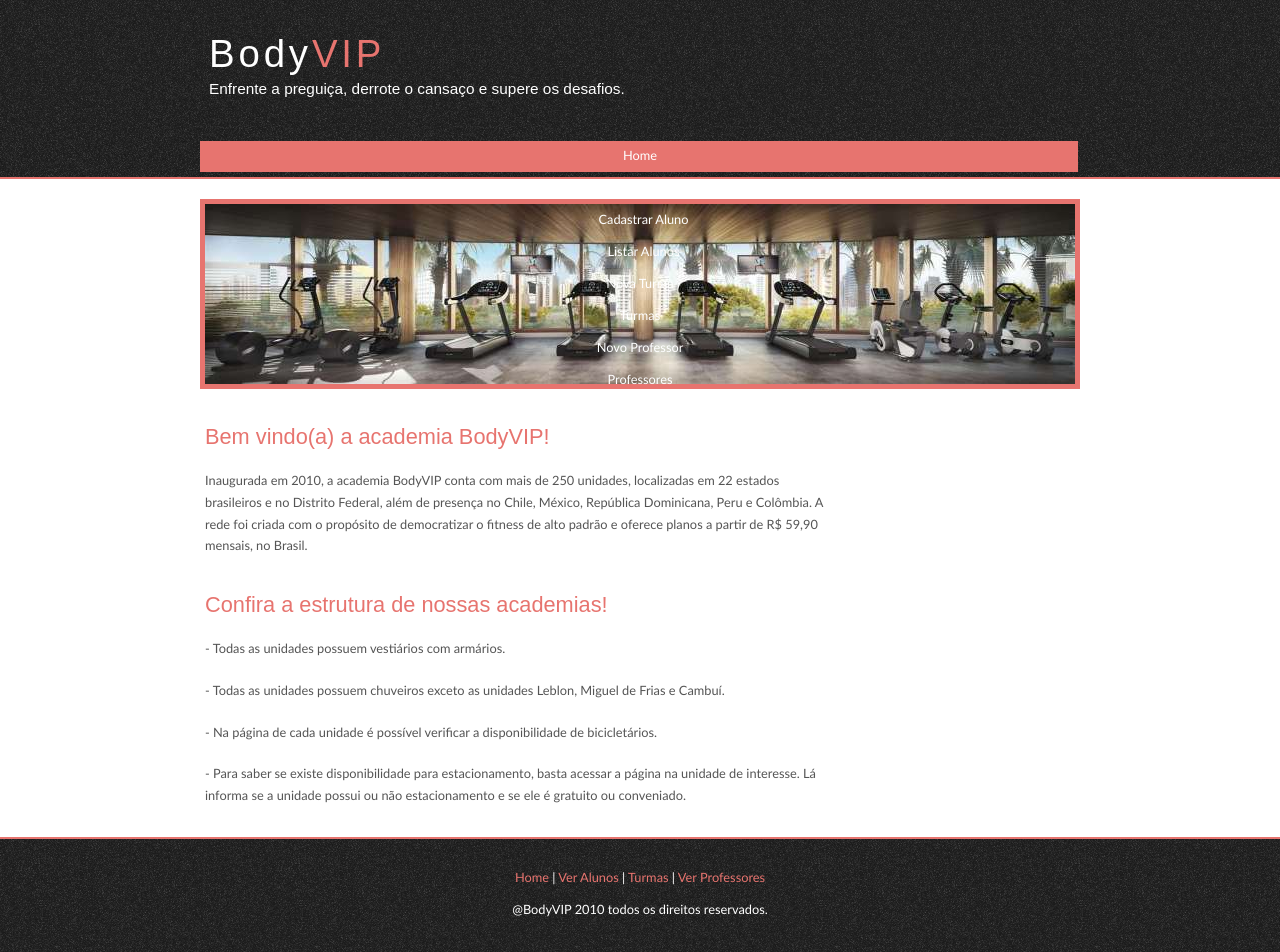
Repository: Thais-Ferreira/Projeto_bodyVIP
Page: http://localhost/BodyVIP/home.jsp
An editor plug-in stored every save of this project. The page is shown before and after the next save, followed by the edit.
The browser window is 1280 px wide. The pictures show the whole page.
The page is served by Tomcat 9. Other server files are loaded and not shown.

Above is the page before, as saved 2017-06-20 18:22:24.

### BodyVIP/WebContent/home.jsp
<%@ page language="java" contentType="text/html; charset=ISO-8859-1"
    pageEncoding="ISO-8859-1"%>
<!DOCTYPE html PUBLIC "-//W3C//DTD HTML 4.01 Transitional//EN" "http://www.w3.org/TR/html4/loose.dtd">
<html>
<head>
	<meta http-equiv="Content-Type" content="text/html; charset=ISO-8859-1">
	<link rel="stylesheet" type="text/css" href="css/style.css" />
	<title>Home</title>
</head>
<body>
	<div id="main">
    <div id="header">
      <div id="logo">
        <div id="logo_text">
          <h1><a href="home.jsp">Body<span class="logo_colour">VIP</span></a></h1>
          <h2>Enfrente a preguiça, derrote o cansaço e supere os desafios.</h2>
        </div>
      </div>
      <div id="menubar">
        <ul id="menu">
          <li class="selected"><a href="home.jsp">Home</a></li>
          <li><a href="#">Alunos</a>
          	<ul id="menu">
          		<li><a href="AlunoController?acao=cadastro">Cadastrar Aluno</a></li>
          		<li><a href="AlunoController?acao=buscaLista">Listar Alunos</a></li>
          	</ul>
          </li>
          <li><a href="TurmaController?acao=cadastro">Nova Turma</a></li>
          <li><a href="TurmaController?acao=buscaLista">Turmas</a></li>
          <li><a href="ProfessorController?acao=cadastro">Novo Professor</a></li>
          <li><a href="ProfessorController?acao=buscaLista">Professores</a></li>
        </ul>
      </div>
    </div>
    <div id="content_header"></div>
    <div id="site_content">
      <div id="banner"></div>

      <div id="content">
        <h1>Bem vindo(a) a academia BodyVIP!</h1>
        <p>Inaugurada em 2010, a academia BodyVIP conta com mais de 250 unidades, localizadas em 22 estados brasileiros
        e no Distrito Federal, além de presença no Chile, México, República Dominicana, Peru e Colômbia.
        A rede foi criada com o propósito de democratizar o fitness de alto padrão e oferece planos
        a partir de R$ 59,90 mensais, no Brasil.
		</p>
        <h1>Confira a estrutura de nossas academias!</h1>
        <p>- Todas as unidades possuem vestiários com armários.</p>
        <p>- Todas as unidades possuem chuveiros exceto as unidades Leblon, Miguel de Frias e Cambuí.</p>
        <p>- Na página de cada unidade é possível verificar a disponibilidade de bicicletários. </p>
        <p>- Para saber se existe disponibilidade para estacionamento, basta acessar a página na unidade de
        interesse. Lá informa se a unidade possui ou não estacionamento e se ele é gratuito ou conveniado. </p>
      </div>
    </div>
    <div id="content_footer"></div>
    <div id="footer">
      <p><a href="home.jsp">Home</a> | <a href="AlunoController?acao=buscaLista">Ver Alunos</a> | <a href="another_page.html">Turmas</a> | <a href="ProfessorController?acao=buscaLista">Ver Professores</a></p>
      <p>@BodyVIP 2010 todos os direitos reservados.</p>
    </div>
  </div>
</body>
</html>

### BodyVIP/WebContent/css/style.css
@CHARSET "ISO-8859-1";

html
{ height: 100%;}

*
{ margin: 0;
  padding: 0;}

body
{ font: normal .80em 'trebuchet ms', arial, sans-serif;
  background: #FFF;
  color: #555;}

p
{ padding: 0 0 20px 0;
  line-height: 1.7em;}

img
{ border: 0;}

h1, h2, h3, h4, h5, h6
{ color: #E7746F;
  letter-spacing: 0em;
  padding: 0 0 5px 0;}

h1, h2, h3
{ font: normal 170% 'century gothic', arial;
  margin: 0 0 15px 0;
  padding: 15px 0 5px 0;}

h2
{ font-size: 160%;
  padding: 9px 0 5px 0;}

h3
{ font-size: 140%;
  padding: 5px 0 0 0;}

h4, h6
{ color: #009FBC;
  padding: 0 0 5px 0;
  font: normal 110% arial;
  text-transform: uppercase;}

h5, h6
{ color: #888;
  font: normal 95% arial;
  letter-spacing: normal;
  padding: 0 0 15px 0;}

a, a:hover
{ outline: none;
  text-decoration: underline;
  color: #009FBC;}

a:hover
{ text-decoration: none;}

blockquote
{ margin: 20px 0;
  padding: 10px 20px 0 20px;
  border: 1px solid #E5E5DB;
  background: #FFF;}

ul
{ margin: 2px 0 22px 17px;}

ul li
{ list-style-type: circle;
  margin: 0 0 6px 0;
  padding: 0 0 4px 5px;
  line-height: 1.5em;}

ol
{ margin: 8px 0 22px 20px;}

ol li
{ margin: 0 0 11px 0;}

.left
{ float: left;
  width: auto;
  margin-right: 10px;}

.right
{ float: right;
  width: auto;
  margin-left: 10px;}

.center
{ display: block;
  text-align: center;
  margin: 20px auto;}

#main, #logo, #menubar, #site_content, #footer
{ margin-left: auto;
  margin-right: auto;}

#header
{ background: #1d1d1d url(../imagens/pattern.png) repeat;
  border-bottom: 2px solid #E7746F;
  height: 177px;}

#banner
{ background: transparent url(../imagens/banner.jpg) no-repeat;
  width: 870px;
  height: 180px;
  margin-bottom: 20px;
  border: 5px solid #E7746F;}

#logo
{ width: 880px;
  position: relative;
  height: 140px;
  background: transparent;}

#logo #logo_text
{ position: absolute;
  top: 10px;
  left: 0;}

#logo h1, #logo h2
{ font: normal 300% 'century gothic', arial, sans-serif;
  border-bottom: 0;
  text-transform: none;
  margin: 0 0 0 9px;}

#logo_text h1, #logo_text h1 a, #logo_text h1 a:hover
{ padding: 22px 0 0 0;
  color: #FFF;
  letter-spacing: 0.1em;
  text-decoration: none;}

#logo_text h1 a .logo_colour
{ color: #E7746F;}

#logo_text a:hover .logo_colour
{ color: #FFF;}

#logo_text h2
{ font-size: 120%;
  padding: 4px 0 0 0;
  color: #FFF;}

#menubar
{ width: 880px;
  height: 46px;}

ul#menu
{ float: none;
  margin: 0;}

ul#menu li
{ float: none;
  padding: 0 0 0 9px;
  list-style: none;
  margin: 1px 2px 0 0;
  background: transparent;}

ul#menu li a
{ font: normal 100% 'trebuchet ms', sans-serif;
  display: block;
  float: none;
  height: 20px;
  padding: 6px 35px 5px 28px;
  text-align: center;
  color: #FFF;
  text-decoration: none;
  background: transparent;}

ul#menu li.selected a
{ height: 20px;
  padding: 6px 35px 5px 28px;}

ul#menu li.selected
{ margin: 1px 2px 0 0;
  background: #E7746F;}

ul#menu li.selected a, ul#menu li.selected a:hover
{ background: #E7746F;
  color: #FFF;}

ul#menu li a:hover
{ color: #FFF;
  background: #E7746F;}

#site_content
{ width: 880px;
  overflow: hidden;
  margin: 20px auto 0 auto;
  padding: 0 0 10px 0;}

#sidebar_container
{ float: right;
  width: 224px;}

.sidebar_top
{ width: 222px;
  height: 14px;
  background: transparent url(../imagens/side_top.png) no-repeat;}

.sidebar_base
{ width: 222px;
  height: 14px;
  background: url(../imagens/side_base.png) no-repeat;}

.sidebar
{ float: right;
  width: 222px;
  padding: 0;
  margin: 0 0 16px 0;}

.sidebar_item
{ background: url(../imagens/side_back.png) repeat-y;
  padding: 0 15px;
  width: 192px;}

.sidebar li a.selected
{ color: #444;}

.sidebar ul
{ margin: 0;}

#content
{ text-align: left;
  width: 620px;
  padding: 0 0 0 5px;
  float: left;}

#content ul
{ margin: 2px 0 22px 0px;}

#content ul li, .sidebar ul li
{ list-style-type: none;
  background: url(../imagens/bullet.png) no-repeat;
  margin: 0 0 0 0;
  padding: 0 0 4px 25px;
  line-height: 1.5em;}

#footer
{ width: 100%;
  font-family: 'trebuchet ms', sans-serif;
  font-size: 100%;
  height: 80px;
  padding: 28px 0 5px 0;
  text-align: center;
  background: transparent url(../imagens/pattern.png) repeat;
  border-top: 2px solid #E7746F;
  color: #FFF;}

#footer p
{ line-height: 1.7em;
  padding: 0 0 10px 0;}

#footer a
{ color: #E7746F;
  text-decoration: none;}

#footer a:hover
{ color: #FFF;
  text-decoration: none;}

.search
{ color: #5D5D5D;
  border: 1px solid #BBB;
  width: 134px;
  padding: 4px;
  font: 100% arial, sans-serif;}

.form_settings
{ margin: 15px 0 0 0;}

.form_settings p
{ padding: 0 0 4px 0;}

.form_settings span
{ float: left;
  width: 200px;
  text-align: left;}

.form_settings input, .form_settings textarea
{ padding: 5px;
  width: 299px;
  font: 100% arial;
  border: 1px solid #E5E5DB;
  background: #FFF;
  color: #47433F;}

.form_settings .submit
{ font: 100% arial;
  border: 0;
  width: 99px;
  margin: 0 0 0 212px;
  height: 33px;
  padding: 2px 0 3px 0;
  cursor: pointer;
  background: #E7746F;
  color: #FFF;}

.form_settings textarea, .form_settings select
{ font: 100% arial;
  width: 299px;}

.form_settings select
{ width: 310px;}

.form_settings .checkbox
{ margin: 4px 0;
  padding: 0;
  width: 14px;
  border: 0;
  background: none;}

.separator
{ width: 100%;
  height: 0;
  border-top: 1px solid #D9D5CF;
  border-bottom: 1px solid #FFF;
  margin: 0 0 20px 0;}

table
{ margin: 0 0 30px 0;}

table tr th, table tr td
{ background: #E5E5DB;
  color: #47433F;
  padding: 7px 4px;
  text-align: center;}

table tr td
{ background: #E5E5DB;
  color: #47433F;
  border-top: 1px solid #FFF;}

After the next save:
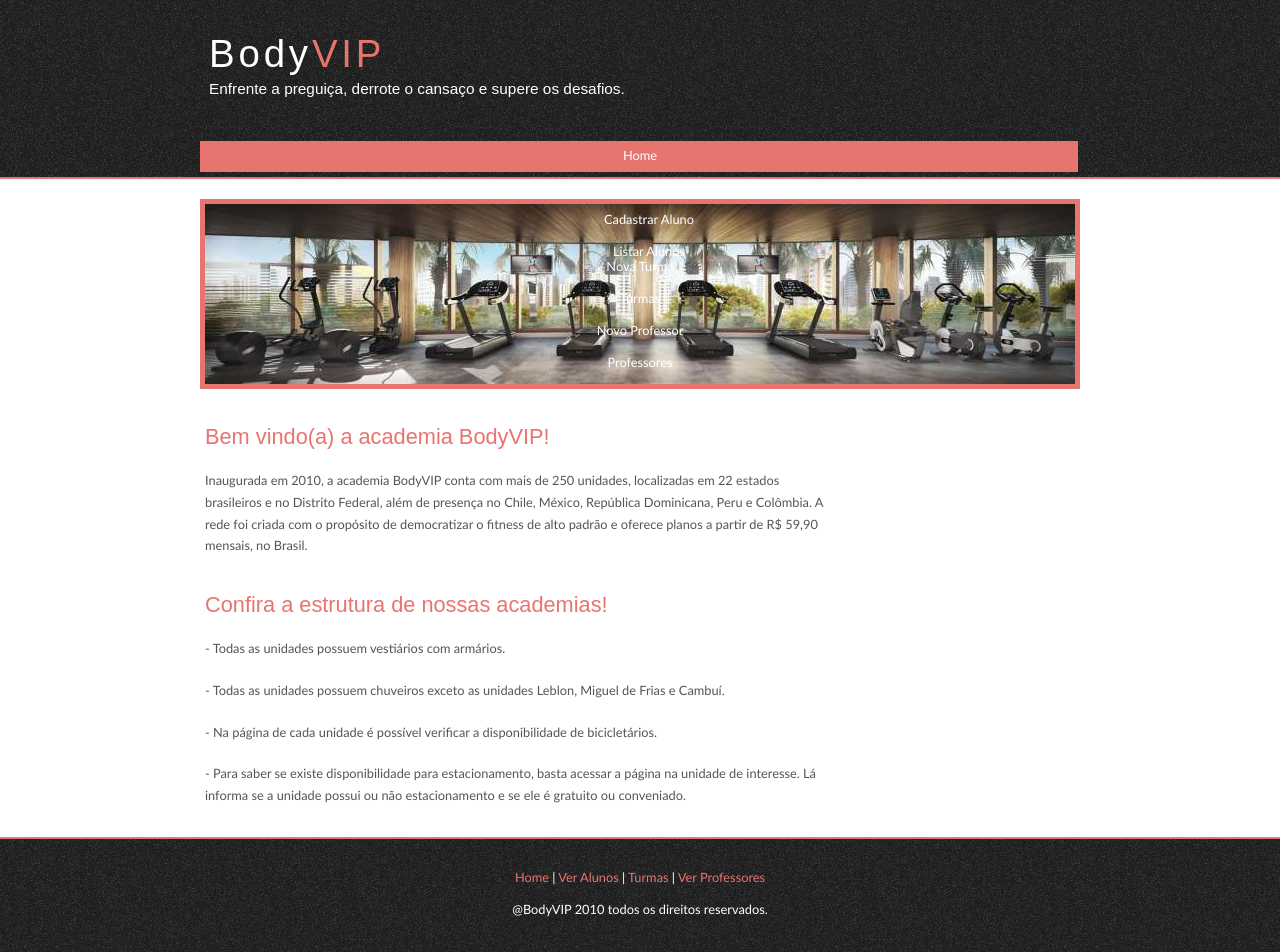
Saved 103 s later.
--- a/BodyVIP/WebContent/home.jsp
+++ b/BodyVIP/WebContent/home.jsp
@@ -20,10 +20,12 @@
         <ul id="menu">
           <li class="selected"><a href="home.jsp">Home</a></li>
           <li><a href="#">Alunos</a>
+          <div id="menubar">
           	<ul id="menu">
           		<li><a href="AlunoController?acao=cadastro">Cadastrar Aluno</a></li>
           		<li><a href="AlunoController?acao=buscaLista">Listar Alunos</a></li>
           	</ul>
+          </div>
           </li>
           <li><a href="TurmaController?acao=cadastro">Nova Turma</a></li>
           <li><a href="TurmaController?acao=buscaLista">Turmas</a></li>

After the save that followed:
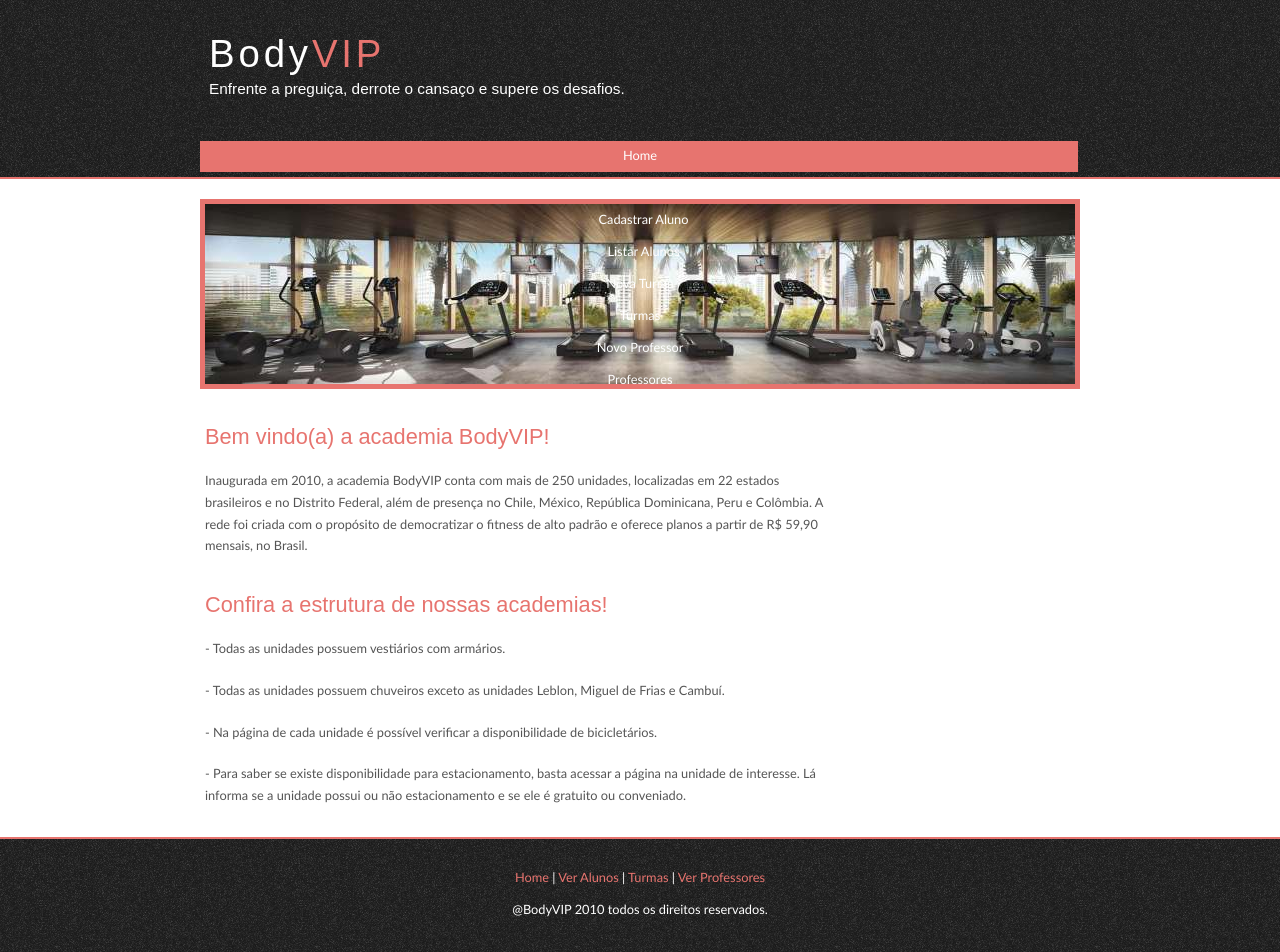
Saved 41 s later.
--- a/BodyVIP/WebContent/home.jsp
+++ b/BodyVIP/WebContent/home.jsp
@@ -20,12 +20,10 @@
         <ul id="menu">
           <li class="selected"><a href="home.jsp">Home</a></li>
           <li><a href="#">Alunos</a>
-          <div id="menubar">
           	<ul id="menu">
           		<li><a href="AlunoController?acao=cadastro">Cadastrar Aluno</a></li>
           		<li><a href="AlunoController?acao=buscaLista">Listar Alunos</a></li>
           	</ul>
-          </div>
           </li>
           <li><a href="TurmaController?acao=cadastro">Nova Turma</a></li>
           <li><a href="TurmaController?acao=buscaLista">Turmas</a></li>
